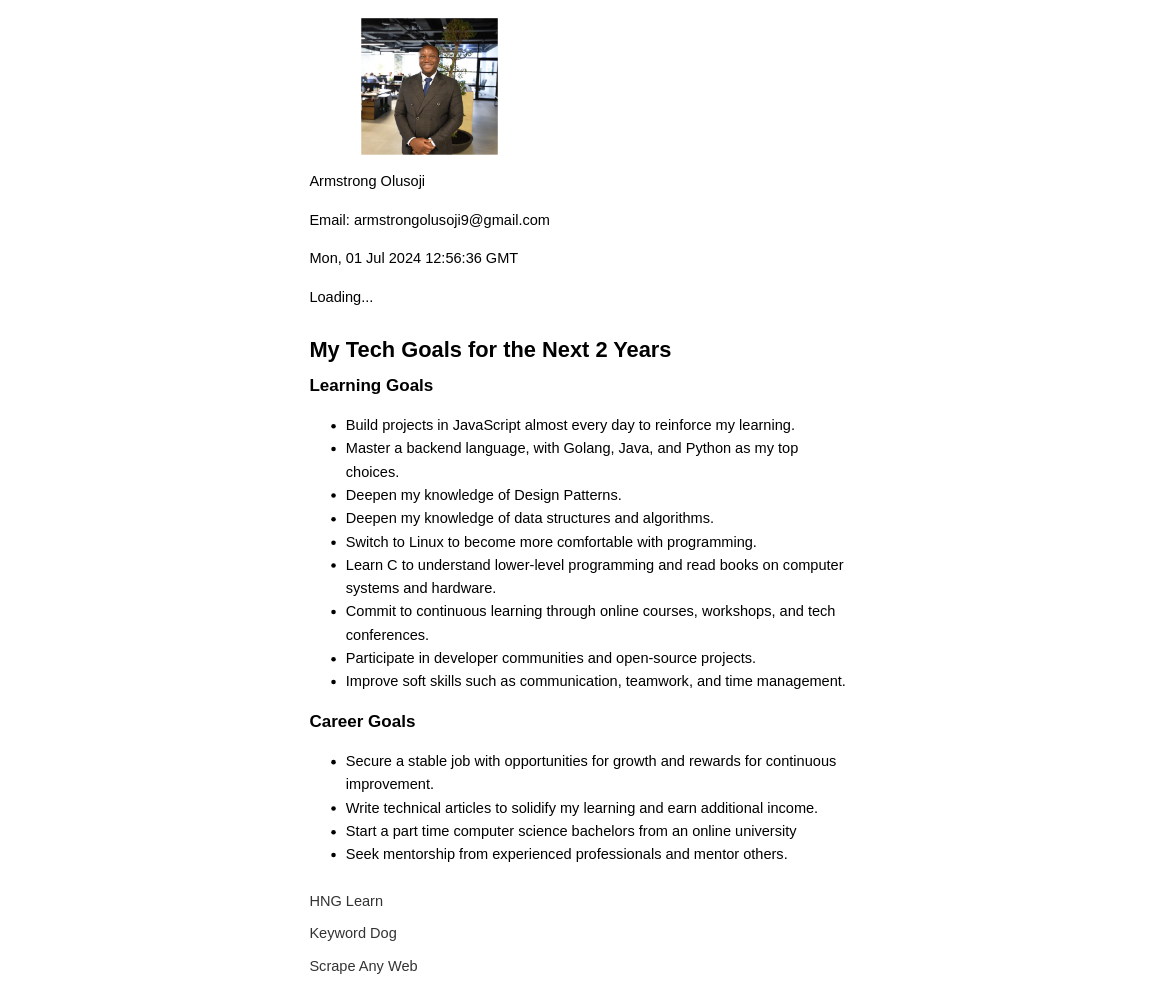
Repository: Armstrong2035/hng-project-one
Page: index.html
An editor plug-in stored every save of this project. The page is shown before and after the next save, followed by the edit.
The browser window is 1280 px wide. The pictures show the whole page, at 91% of full size.

Above is the page before, as saved 2024-07-01 15:35:22.

After the next save:
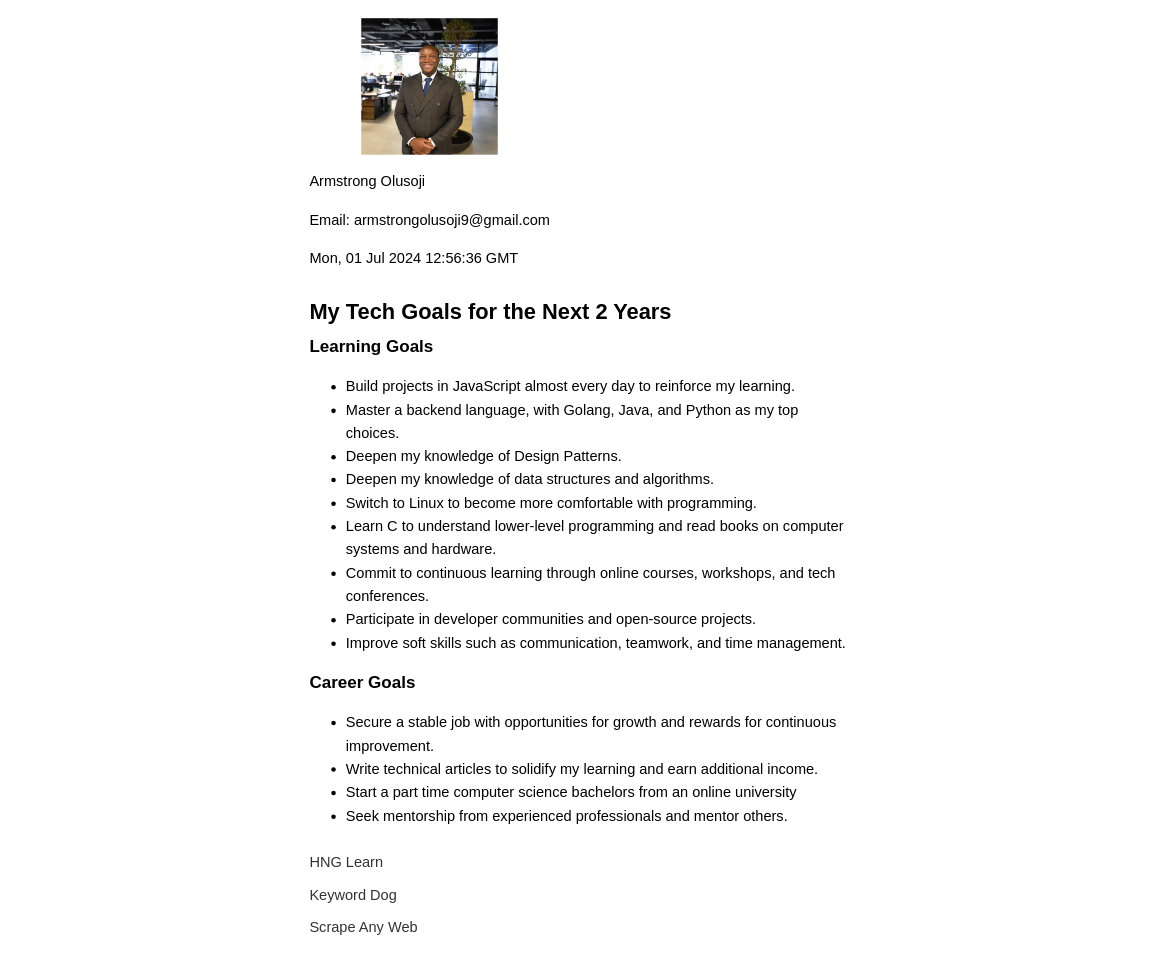
Saved 10 s later.
--- a/index.html
+++ b/index.html
@@ -22,7 +22,6 @@
           <p data-testid="slackDisplayName">Armstrong Olusoji</p>
           <p data-testid="slackEmail">Email: armstrongolusoji9@gmail.com</p>
           <p data-testid="currentTimeUTC" id="current-time">Loading...</p>
-          <p data-testid="currentDay" id="current-day">Loading...</p>
         </div>
       </div>
 
